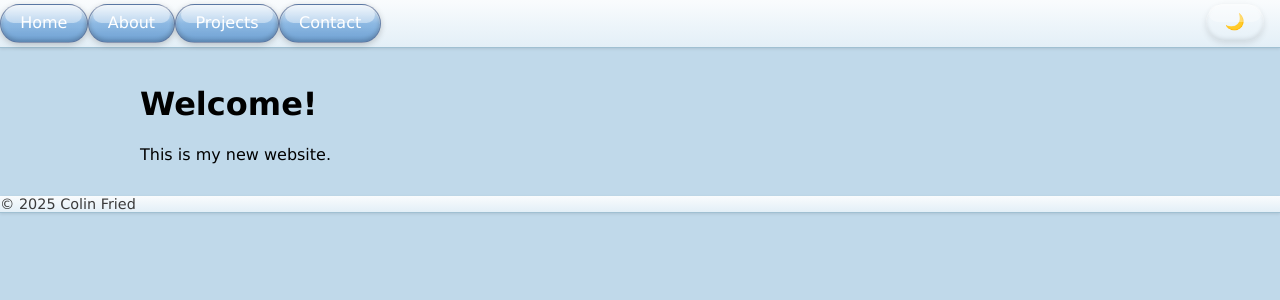
Repository: colinfdsaui/colin
Page: website.html
These files come from the project's save history. The page is drawn as it stood at one moment and after the next save; the edit follows.
The browser window is 1280 px wide. The pictures show the whole page.

Above is the page before, as saved 2025-07-09 09:42:29.

After the next save:
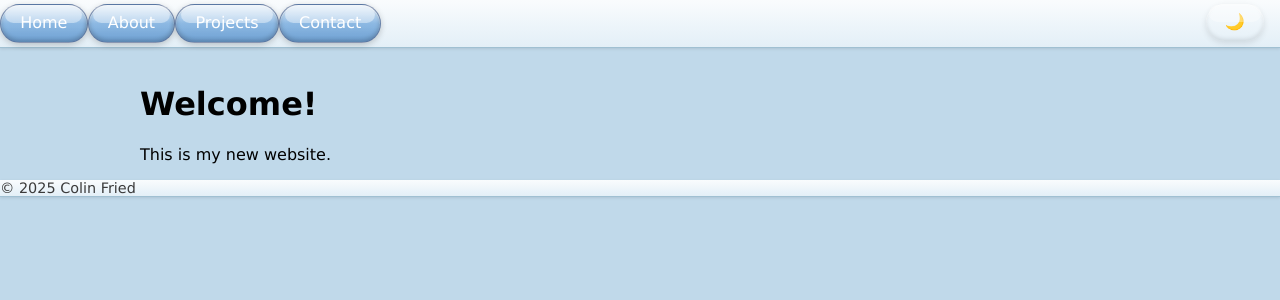
Saved 12 s later.
--- a/website.html
+++ b/website.html
@@ -44,7 +44,7 @@
   <main>
       <h1>Welcome!</h1>
     <section id="hero">
-      <p>This is my new website.</p>
+      This is my new website.
     </section>
   </main>
 
